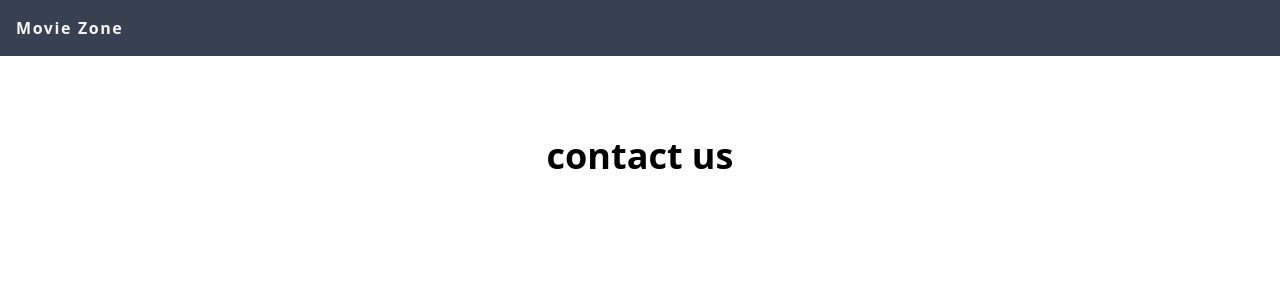
Repository: Ucheobikingsley/movie_catalogue
Page: /contact (app in etap_movie_catalog/)
These files come from the project's save history. The page is drawn as it stood at one moment and after the next save; the edit follows.
The browser window is 1280 px wide. The pictures show the whole page.
The project was rebuilt for these pictures with package versions that can differ from the ones it lists, and the page was loaded fresh each time. The framework's server and built-in components were replaced by stand-ins that run in the browser. Also part of the build but not shown: etap_movie_catalog/next.config.js.

Above is the page before, as saved 2023-04-30 01:15:33.

### etap_movie_catalog/pages/_app.tsx
import { Layout } from '@/components/Layout'
import '@/styles/globals.css'
import type { AppProps } from 'next/app'

export default function App({ Component, pageProps }: AppProps) {
  return(
    <Layout>
        <Component {...pageProps} />
    </Layout>
  )


}

### etap_movie_catalog/pages/contact.tsx
import React from 'react'

const contact = () => {
  return (
    <div className="text-center mt-20">
        <h1 className="text-4xl font-bold">contact us</h1>
    </div>
  )
}

export default contact

### etap_movie_catalog/components/Layout.tsx
import React,{ReactNode} from 'react'
import Navbar from './Navbar'
type LayoutProps = {children?: ReactNode}
export const Layout = ({children}:LayoutProps) => {
  return (
    <>
    <Navbar/>
    <main>
        {children}
    </main>
    </>
  )
}

### etap_movie_catalog/components/Navbar.tsx
import Link from 'next/link'
import React from 'react'

const Navbar = () => {
  return (
    <div className='bg-gray-700 '>
        <div className="font-bold text-neutral-100 p-4 max-w-7xl mx-auto container tracking-widest">
            <Link href="/">
                Movie <span>Zone</span>
            </Link>

        </div>
    </div>
  )
}

export default Navbar

Loaded but not shown: etap_movie_catalog/pages/_document.tsx (common file); etap_movie_catalog/styles/globals.css (common file); etap_movie_catalog/tailwind.config.js (common file)

After the next save:
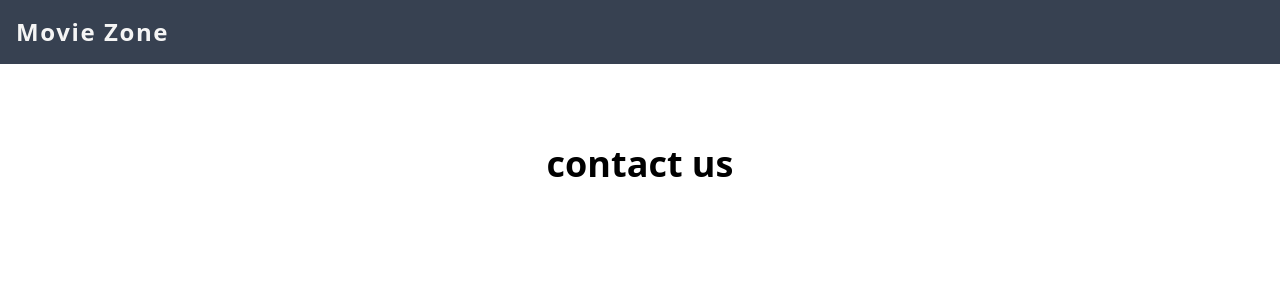
Saved 102 s later.
--- a/etap_movie_catalog/components/Navbar.tsx
+++ b/etap_movie_catalog/components/Navbar.tsx
@@ -5,7 +5,7 @@
   return (
     <div className='bg-gray-700 '>
         <div className="font-bold text-neutral-100 p-4 max-w-7xl mx-auto container tracking-widest">
-            <Link href="/">
+            <Link href="/" className='text-base md:text-2xl'>
                 Movie <span>Zone</span>
             </Link>
 
